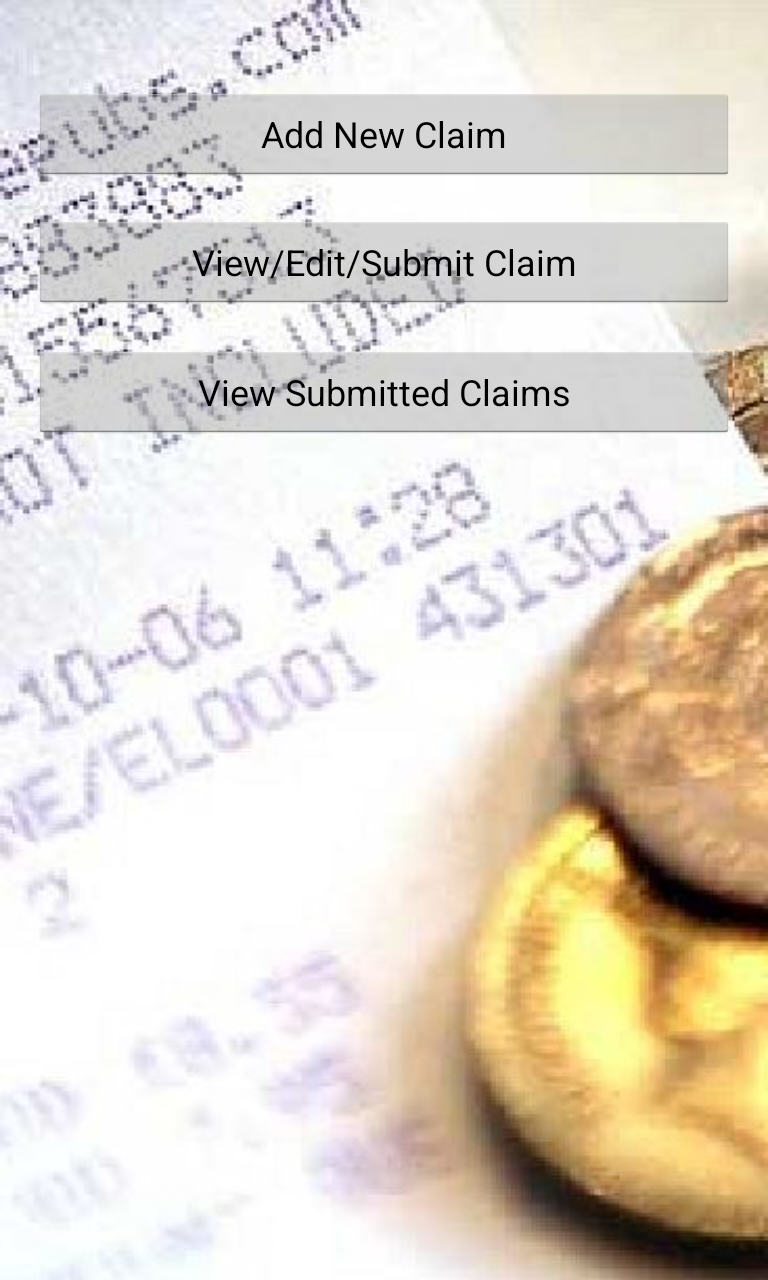
Repository: eorodrig/eorodrigTravelLogger
Layout: TravelLogger/res/layout/activity_main.xml
An editor plug-in stored every save of this project. The layout is shown before and after the next save, followed by the edit.
It is drawn on a 768 x 1280 px phone screen (xhdpi) without system bars, with theme AppTheme; the app's code is not run.

Above is the layout before, as saved 2015-02-01 09:36:03.

After the next save:
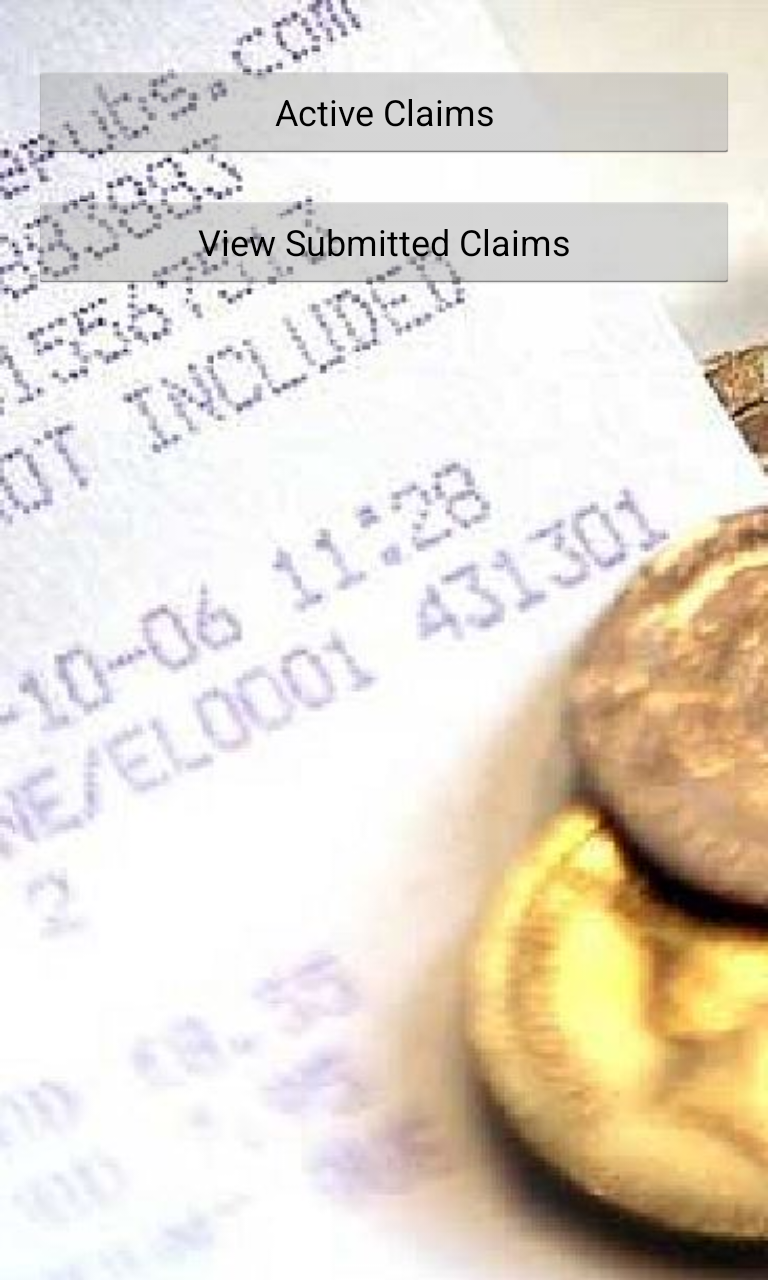
Saved 65 s later.
--- a/TravelLogger/res/layout/activity_main.xml
+++ b/TravelLogger/res/layout/activity_main.xml
@@ -12,24 +12,13 @@
     tools:context="com.eorodrig.TravelLogger.MainActivity" >
 
     <Button
-        android:id="@+id/MenuNewClaimButton"
-        android:layout_width="match_parent"
-        android:layout_height="wrap_content"
-        android:layout_alignParentTop="true"
-        android:layout_centerHorizontal="true"
-        android:layout_marginTop="27dp"
-        android:onClick="onClickAddNewClaim"
-        android:text="Add New Claim" />
-
-    <Button
         android:id="@+id/ViewEditSubmitClaimButton"
         android:layout_width="match_parent"
         android:layout_height="wrap_content"
-        android:layout_alignLeft="@+id/MenuNewClaimButton"
-        android:layout_below="@+id/MenuNewClaimButton"
+        android:layout_centerHorizontal="true"
         android:layout_marginTop="16dp"
         android:onClick="onClickListClaims"
-        android:text="View/Edit/Submit Claim" />
+        android:text="Active Claims" />
 
     <Button
         android:id="@+id/ViewSubmittedClaimsButton"
